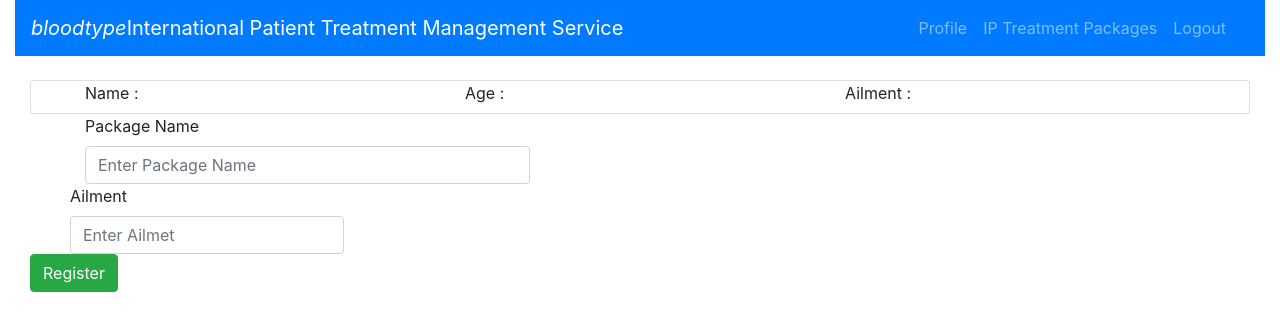
Repository: Vineet2408/POD-Cognizant
Page: http://localhost/iptms-UIportal/WEB-INF/view/IPTreatmentPackagesServices.jsp
The author's editor kept a copy of each file at every save. The page is drawn from the files as they stood at one save, then again after the next save.
The browser window is 1280 px wide. The pictures show the whole page.
The page is served by Tomcat 9. Nobody is signed in. Other server files are loaded and not shown. The template is opened directly, without the code that normally fills it, so the values that code supplies are empty.

Above is the page before, as saved 2021-03-07 15:55:16.

### iptms-UIportal/src/main/webapp/WEB-INF/view/IPTreatmentPackagesServices.jsp
<%@ page language="java" contentType="text/html; charset=ISO-8859-1"
    pageEncoding="ISO-8859-1"
    isELIgnored="false"
    %>
     <%@ taglib prefix="fmt" uri="http://java.sun.com/jsp/jstl/fmt"%>
	<%@ taglib prefix="c" uri="http://java.sun.com/jsp/jstl/core"%>
<html>
<head>
<%@ include file="headlink.jsp"%>
<title></title>
</head>
<body>

 	<div class="container-fluid">
		<%@ include file="patientheader.jsp"%>
		<br>
		<!-- header............................................................................................. -->
	<div class="container-fluid">
		<div class="card">
			<div class="container">
				<div class="row">

					<div class="col-md-4">
						<label>Name : </label>${user.name}
					</div>
					<div class="col-md-4">
						<label>Age : </label>${user.age}
					</div>
					<div class="col-md-4">
						<label>Ailment : </label>${user.ailment}
					</div>
				</div>
			</div>
		</div>
	</div>
	<div class="container-fluid">
		<form action="/searchPackage">
			<div class="container">
				<div class="row">
					<div class="col-md-5">
						<div>
							<label for="packageName">Package Name</label>
							<input type="text" class="form-control" id="packageName" name="packageName" placeholder="Enter Package Name">
						</div>
					</div>
					<div class="col-md-5">
					</div>
						<div>
							<label for="ailmet">Ailment</label>
							<input type="number" class="form-control" id="ailmet" name="ailmet" placeholder="Enter Ailmet">
						</div>
					</div>
			</div>
			<button type="submit" class="btn btn-success">Register </button>
		</form>
	</div>
	<div class="container-fluid">

    <div class="row">
        <!--start loop here-->
        <c:forEach var="iptreatmentPackage" items="${iptreatmentPackageList}">
        <div class="col-md-3 col-lg-3 col-sm-3">

            <div class="card">
                <div class="row">
                    <div class="col bg-danger"><label>${iptreatmentPackage.ailmentCategory}</label></div>
                </div>
                <img class="card-img-top"
                src="https://images.unsplash.com/photo-1597764690523-15bea4c581c9?ixlib=rb-1.2.1&ixid=MXwxMjA3fDB8MHxwaG90by1wYWdlfHx8fGVufDB8fHw%3D&auto=format&fit=crop&w=750&q=80" alt="Sandwich">

                    <div class="container">
                        <div class="row">
                            <div class="col text-left">
                                <label  name="Name" >${iptreatmentPackage.packageDetail.treatmentPackageName}</label>
                            </div>
                            <div class="col text-right">
                                <label class="card-text" name="Cost">${iptreatmentPackage.packageDetail.cost}</label>
                            </div>

                        </div>
                        <div class="row">
                            <div class="col text-left">
                                <span class="badge badge-success" name="Detail" id="Package-Details">Test Detail</span>
                                <label class="text-danger" name="Category">${iptreatmentPackage.packageDetail.testDetails}</label>
                            </div>
                            <div class="col text-right" id="Sandwich-delivery">
                                <label> </label>
                            </div>
                        </div>
                        <div class="row">
                            <div class="col text-left text-muted">
                                <i class="material-icons" id="schedule-icon">schedule</i><label>Treatment Duration</label><br>
                            </div>
                            <div class="col text-right">
                                <label>${iptreatmentPackage.packageDetail.treatmentDuration}</label>
                            </div>

                        </div>
                        <div class="row justify-content-center">
                            <div></div>
                            <div class="col-12 justify-content-center">

                                    <a href="/patient/getTreatment/?id=${iptreatmentPackage.id}" class=" btn btn-primary" name="Edit"><i class="material-icons">queue</i>Get Treatment</a>
                                </div>
                            </div>
                        </div>
                    </div>
            </div>
             </c:forEach>
            <!--end loop here-->
        </div>
	</div>


	</div>

</body>
</html>

### iptms-UIportal/src/main/webapp/WEB-INF/view/headlink.jsp
<!-- Latest compiled and minified CSS -->
<link rel="stylesheet"
	href="https://maxcdn.bootstrapcdn.com/bootstrap/4.4.1/css/bootstrap.min.css">
      <link rel="stylesheet" href="https://stackpath.bootstrapcdn.com/bootstrap/4.3.1/css/bootstrap.min.css"
        integrity="sha384-ggOyR0iXCbMQv3Xipma34MD+dH/1fQ784/j6cY/iJTQUOhcWr7x9JvoRxT2MZw1T" crossorigin="anonymous">
        <link href="https://fonts.googleapis.com/icon?family=Material+Icons" rel="stylesheet">
<!-- jQuery library -->
<script
	src="https://ajax.googleapis.com/ajax/libs/jquery/3.4.1/jquery.min.js"></script>

<!-- Popper JS -->
<script
	src="https://cdnjs.cloudflare.com/ajax/libs/popper.js/1.16.0/umd/popper.min.js"></script>

<!-- Latest compiled JavaScript -->
<script
	src="https://maxcdn.bootstrapcdn.com/bootstrap/4.4.1/js/bootstrap.min.js"></script>
<meta http-equiv="Content-Type" content="text/html; charset=ISO-8859-1">

### iptms-UIportal/src/main/webapp/WEB-INF/view/patientheader.jsp
<%@ page language="java" contentType="text/html; charset=ISO-8859-1"
    pageEncoding="ISO-8859-1"%>
<!DOCTYPE html>
<html>
<head>
	<%@ include file="headlink.jsp"%>

</head>
<body>
	<header>
	    <div class="jumbotron-fluid bg-danger text-white">
	        <nav class="navbar navbar-expand-md navbar-dark bg-primary text-white justify-content-center" id="navbar" >
	            <a href="IPPackagesview.html" class="navbar-brand"><i class="material-icons">bloodtype</i>International Patient Treatment Management Service</a>
	            <button class="navbar-toggler" data-toggle="collapse" data-target="#truyumbar">
	                <span class="navbar-toggler-icon"></span>
	            </button>
	            <div class="container">
	                <div class="collapse navbar-collapse" id="truyumbar">
	                    <ul class="navbar-nav ml-auto">
	                        <li class="nav-item"><a href="profile.html" class="nav-link">Profile</a></li>

	                        <li class="nav-item"><a href="IPPackagesview.html" class="nav-link">IP Treatment Packages</a></li>
	                        <li class="nav-item"><a href="logout.html" class="nav-link">Logout</a></li>
	                    </ul>
	                </div>
	            </div>
	        </nav>
	     </div>

	</header>
</body>
</html>

After the next save:
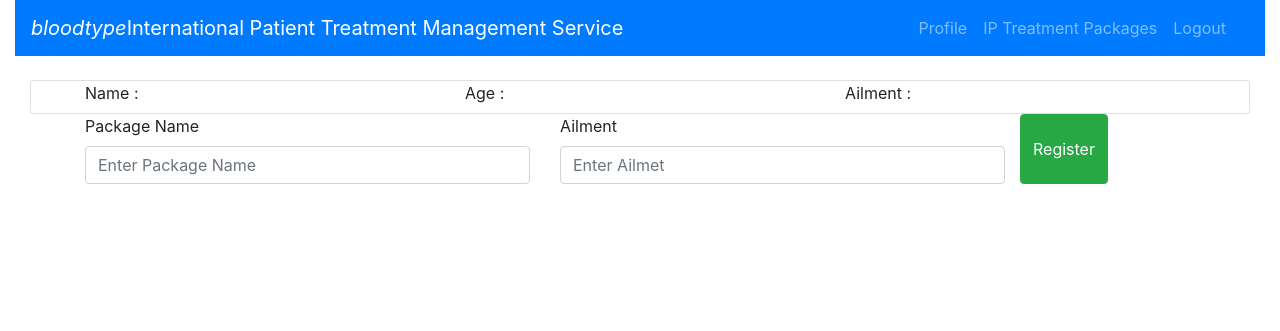
Saved 61 s later.
--- a/iptms-UIportal/src/main/webapp/WEB-INF/view/IPTreatmentPackagesServices.jsp
+++ b/iptms-UIportal/src/main/webapp/WEB-INF/view/IPTreatmentPackagesServices.jsp
@@ -38,18 +38,16 @@
 			<div class="container">
 				<div class="row">
 					<div class="col-md-5">
-						<div>
-							<label for="packageName">Package Name</label>
-							<input type="text" class="form-control" id="packageName" name="packageName" placeholder="Enter Package Name">
-						</div>
+
+						<label for="packageName">Package Name</label>
+						<input type="text" class="form-control" id="packageName" name="packageName" placeholder="Enter Package Name">
+
 					</div>
 					<div class="col-md-5">
-					</div>
-						<div>
-							<label for="ailmet">Ailment</label>
-							<input type="number" class="form-control" id="ailmet" name="ailmet" placeholder="Enter Ailmet">
-						</div>
-					</div>
+
+						<label for="ailmet">Ailment</label>
+						<input type="number" class="form-control" id="ailmet" name="ailmet" placeholder="Enter Ailmet">
+
 			</div>
 			<button type="submit" class="btn btn-success">Register </button>
 		</form>
